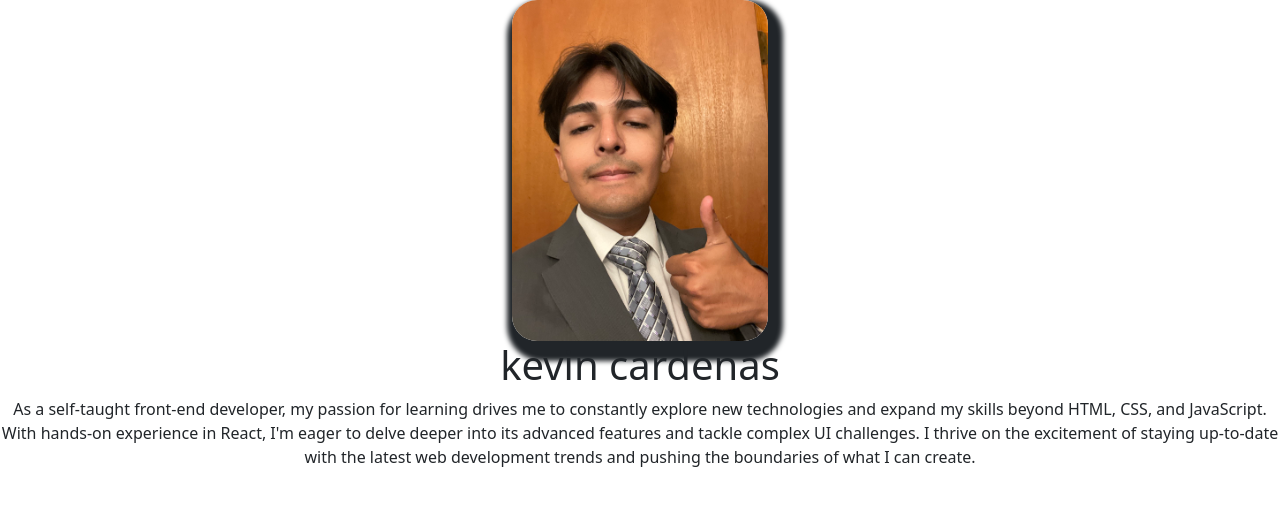
Repository: elqueben/elqueben.github.io
Page: public/index.html
An editor plug-in stored every save of this project. The page is shown before and after the next save, followed by the edit.
The browser window is 1280 px wide. The pictures show the whole page.

Above is the page before, as saved 2023-06-20 11:46:45.

After the next save:
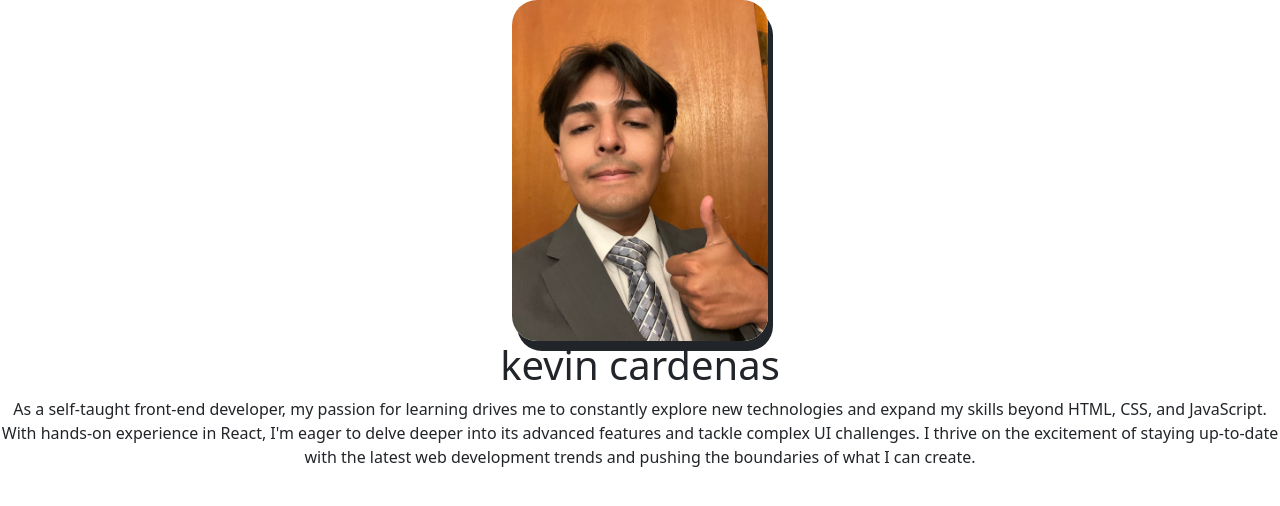
Saved 7 s later.
--- a/public/styles.css
+++ b/public/styles.css
@@ -3,5 +3,5 @@
     display: block;
     margin: 0 auto;
     border-radius: 25px;
-    box-shadow: 5px 10px 5px 10px;
+    box-shadow: 5px 10px;
   }
